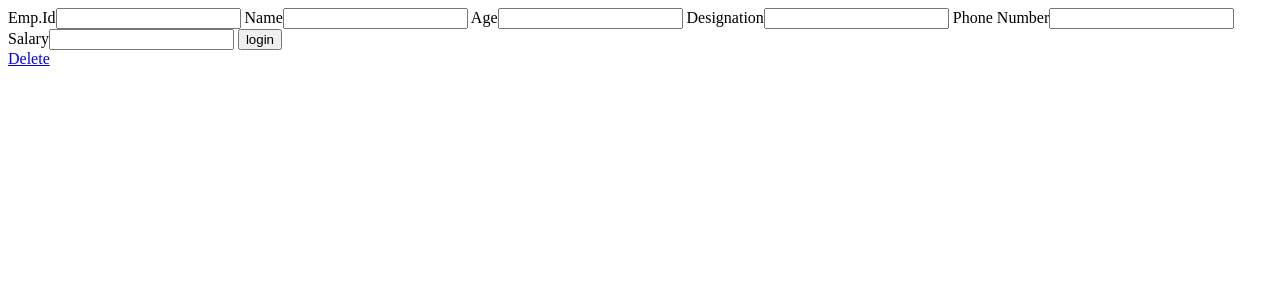
Repository: ramakrishnan1997/ram_javatraining
Page: crudemployeetest/CrudOperationEmp/src/main/webapp/index.html
An editor plug-in stored every save of this project. The page is shown before and after the next save, followed by the edit.
The browser window is 1280 px wide. The pictures show the whole page.

Above is the page before, as saved 2022-06-13 08:23:19.

### crudemployeetest/CrudOperationEmp/src/main/webapp/index.html
<!DOCTYPE html>
<html>
<head>
<meta charset="UTF-8">
<title>Insert title here</title>
</head>
<body>
<form action ="LoginServlet">
Emp.Id<input type="text" name="empId">
Name<input type="text" name="name">
Age<input type="text" name="age">
Designation<input type="text" name="designation">
Phone Number<input type="text" name="phone">
Salary<input type="text" name="salary">
<input type="submit" value="login" >
</form>
<a href="http://localhost:8080/CrudOperationEmp/delete.html">Delete</a>

</body>
</html>

After the next save:
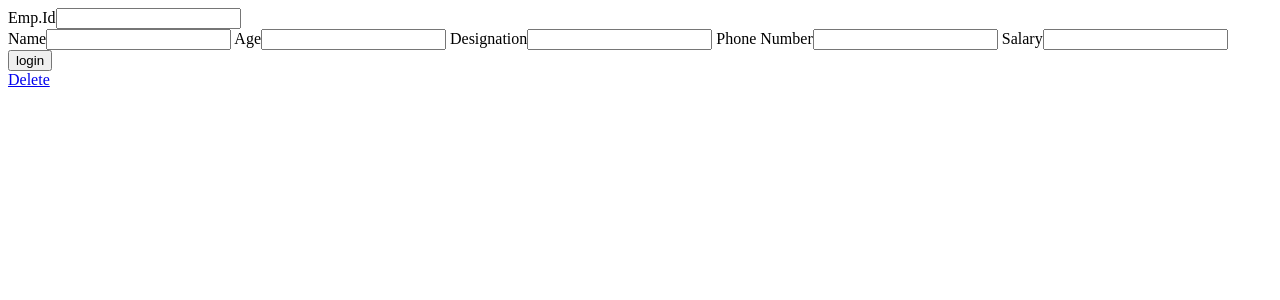
Saved 100 s later.
--- a/crudemployeetest/CrudOperationEmp/src/main/webapp/index.html
+++ b/crudemployeetest/CrudOperationEmp/src/main/webapp/index.html
@@ -6,7 +6,7 @@
 </head>
 <body>
 <form action ="LoginServlet">
-Emp.Id<input type="text" name="empId">
+Emp.Id<input type="text" name="empId"></br>
 Name<input type="text" name="name">
 Age<input type="text" name="age">
 Designation<input type="text" name="designation">
